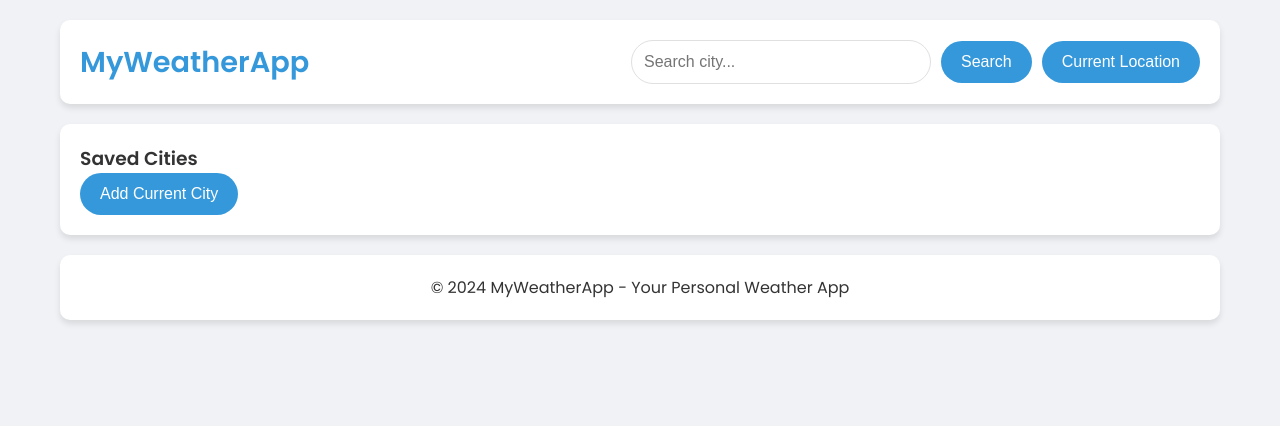
Repository: Rayyy-dev/My-weather-App
Page: /
These files come from the project's save history. The page is drawn as it stood at one moment and after the next save; the edit follows.
The browser window is 1280 px wide. The pictures show the whole page.
The page's requests for data from a server got no answer. The project was rebuilt for these pictures with package versions that can differ from the ones it lists, and the page was loaded fresh each time. No one was signed in, and anything a server would have sent is missing.

Above is the page before, as saved 2024-10-16 02:55:01.

### public/index.html
<!DOCTYPE html>
<html lang="en">
  <head>
    <meta charset="utf-8" />
    <link rel="icon" href="%PUBLIC_URL%/favicon.ico" />
    <meta name="viewport" content="width=device-width, initial-scale=1" />
    <meta name="theme-color" content="#000000" />
    <meta
      name="description"
      content="Web site created using create-react-app"
    />
    <link href="https://fonts.googleapis.com/css2?family=Poppins:wght@300;400;500;600&display=swap" rel="stylesheet">

    <link rel="apple-touch-icon" href="%PUBLIC_URL%/logo192.png" />
    <!--
      manifest.json provides metadata used when your web app is installed on a
      user's mobile device or desktop. See https://developers.google.com/web/fundamentals/web-app-manifest/
    -->
    <link rel="manifest" href="%PUBLIC_URL%/manifest.json" />
    <!--
      Notice the use of %PUBLIC_URL% in the tags above.
      It will be replaced with the URL of the `public` folder during the build.
      Only files inside the `public` folder can be referenced from the HTML.

      Unlike "/favicon.ico" or "favicon.ico", "%PUBLIC_URL%/favicon.ico" will
      work correctly both with client-side routing and a non-root public URL.
      Learn how to configure a non-root public URL by running `npm run build`.
    -->
    <title>React App</title>
  </head>
  <body>
    <noscript>You need to enable JavaScript to run this app.</noscript>
    <div id="root"></div>
    <!--
      This HTML file is a template.
      If you open it directly in the browser, you will see an empty page.

      You can add webfonts, meta tags, or analytics to this file.
      The build step will place the bundled scripts into the <body> tag.

      To begin the development, run `npm start` or `yarn start`.
      To create a production bundle, use `npm run build` or `yarn build`.
    -->
  </body>
</html>

### src/App.js
import React, { useState, useEffect } from 'react';
import './App.css';

function App() {
  const [city, setCity] = useState(''); // City input from user
  const [suggestions, setSuggestions] = useState([]); // Store city suggestions
  const [weather, setWeather] = useState(null); // Current weather data
  const [forecast, setForecast] = useState([]); // 10-day forecast
  const [hourlyForecast, setHourlyForecast] = useState([]); // Hourly forecast
  const [loading, setLoading] = useState(false); // Loading state
  const [error, setError] = useState(''); // Error handling
  const [cities, setCities] = useState([]); // User-added cities

  const apiKey = "74072ad194774534b56234435241510"; // WeatherAPI key
  const defaultCity = 'New York'; // Default city if no geolocation

  useEffect(() => {
    const savedCities = JSON.parse(localStorage.getItem('savedCities')) || [];
    setCities(savedCities);

    const lastViewedCity = localStorage.getItem('lastViewedCity');
    if (lastViewedCity) {
      fetchWeather(lastViewedCity); // Show weather for last viewed city
    } else if (!savedCities.length) {
      detectLocation(); // Try detecting location or show default city
    } else {
      fetchWeather(savedCities[0]); // Show weather for the first saved city
    }
  }, []);

  // Fetch weather data for city
  const fetchWeather = async (location) => {
    setLoading(true);
    try {
      const weatherResponse = await fetch(
        `https://api.weatherapi.com/v1/current.json?key=${apiKey}&q=${location}&aqi=no`
      );
      const forecastResponse = await fetch(
        `https://api.weatherapi.com/v1/forecast.json?key=${apiKey}&q=${location}&days=10&hour=24`
      );

      const weatherData = await weatherResponse.json();
      const forecastData = await forecastResponse.json();

      setWeather(weatherData);
      setForecast(forecastData.forecast.forecastday);
      setHourlyForecast(forecastData.forecast.forecastday[0].hour);
      localStorage.setItem('lastViewedCity', location); // Save the last viewed city
    } catch (err) {
      setError("Failed to fetch weather data");
    } finally {
      setLoading(false);
    }
  };

  // Fetch city suggestions
  const fetchSuggestions = async (query) => {
    if (query.length < 2) {
      setSuggestions([]);
      return;
    }
    try {
      const response = await fetch(
        `https://api.weatherapi.com/v1/search.json?key=${apiKey}&q=${query}`
      );
      const data = await response.json();
      setSuggestions(data);
    } catch (err) {
      setError('Failed to fetch city suggestions');
    }
  };

  // Handle city input change
  const handleInputChange = (e) => {
    const value = e.target.value;
    setCity(value);
    fetchSuggestions(value); // Fetch suggestions as user types
  };

  // Handle search for selected city
  const handleSearch = (selectedCity) => {
    setCity(selectedCity);
    fetchWeather(selectedCity);
    setSuggestions([]); // Clear suggestions after selection
  };

  // Add city to saved cities list
  const addCity = (cityName) => {
    if (!cities.includes(cityName)) {
      const updatedCities = [...cities, cityName];
      setCities(updatedCities);
      localStorage.setItem('savedCities', JSON.stringify(updatedCities));
      fetchWeather(cityName);
    }
  };

  // Remove city from saved cities list
  const removeCity = (cityName) => {
    const updatedCities = cities.filter((c) => c !== cityName);
    setCities(updatedCities);
    localStorage.setItem('savedCities', JSON.stringify(updatedCities));

    if (updatedCities.length > 0) {
      fetchWeather(updatedCities[0]); // Show weather for the first city in the list
    } else {
      detectLocation(); // Fallback to location if no cities are left
    }
  };

  // Switch between saved cities
  const handleCitySwitch = (cityName) => {
    fetchWeather(cityName);
  };

  // Detect user's location using Geolocation API
  const detectLocation = () => {
    if (navigator.geolocation) {
      navigator.geolocation.getCurrentPosition(
        (position) => {
          const lat = position.coords.latitude;
          const lon = position.coords.longitude;
          fetchWeather(`${lat},${lon}`);
        },
        () => {
          fetchWeather(defaultCity); // Use default city if location fails
        }
      );
    } else {
      fetchWeather(defaultCity); // Fallback to default city
    }
  };

  return (
    <div className="app-container">
      {/* Header */}
      <header className="header">
        <div className="logo">MyWeatherApp</div>
        <div className="search-location">
          <input
            type="text"
            placeholder="Search city..."
            value={city}
            onChange={handleInputChange}
            className="search-bar"
          />
          <button onClick={() => handleSearch(city)}>Search</button>
          <button onClick={detectLocation} className="current-location-btn">
            <i className="fas fa-map-marker-alt"></i> Current Location
          </button>
        </div>
        {/* City suggestions dropdown */}
        {suggestions.length > 0 && (
          <div className="suggestions">
            {suggestions.map((suggestion, index) => (
              <div
                key={index}
                className="suggestion-item"
                onClick={() => handleSearch(suggestion.name)}
              >
                {suggestion.name}, {suggestion.country}
              </div>
            ))}
          </div>
        )}
      </header>

      {/* Main Content */}
      <main>
        {/* Display Error or Loading */}
        {loading && <p className="loading">Loading...</p>}
        {error && <p className="error">{error}</p>}

        {/* Current Weather Section */}
        {weather && (
          <section id="current" className="current-weather">
            <h2>Current Weather in {weather.location.name}, {weather.location.country}</h2>
            <div className="weather-details">
              <div className="weather-main">
                <img src={weather.current.condition.icon} alt="Weather icon" />
                <p className="temperature">{weather.current.temp_c}°C</p>
                <p className="condition">{weather.current.condition.text}</p>
              </div>
              <div className="weather-info">
                <p><i className="fas fa-wind"></i> Wind: {weather.current.wind_kph} km/h</p>
                <p><i className="fas fa-tint"></i> Humidity: {weather.current.humidity}%</p>
                <p><i className="fas fa-thermometer-half"></i> Feels Like: {weather.current.feelslike_c}°C</p>
              </div>
            </div>
          </section>
        )}

        {/* Hourly Weather Section */}
        {hourlyForecast.length > 0 && (
          <section id="hourly" className="hourly-weather">
            <h2>Hourly Forecast</h2>
            <div className="hourly-scroll">
              {hourlyForecast.map((hour, index) => (
                <div key={index} className="hour-item">
                  <p>{new Date(hour.time).getHours()}:00</p>
                  <img src={hour.condition.icon} alt="Weather icon" />
                  <p className="temperature">{hour.temp_c}°C</p>
                </div>
              ))}
            </div>
          </section>
        )}

        {/* 10-Day Forecast Section */}
        {forecast.length > 0 && (
          <section id="forecast" className="daily-forecast">
            <h2>10-Day Forecast</h2>
            <div className="forecast-list">
              {forecast.map((day, index) => (
                <div key={index} className="forecast-item">
                  <div className="forecast-date">{day.date}</div>
                  <img src={day.day.condition.icon} alt="Weather icon" />
                  <div className="forecast-temps">
                    <p>Max: {day.day.maxtemp_c}°C</p>
                    <p>Min: {day.day.mintemp_c}°C</p>
                  </div>
                  <p className="forecast-condition">{day.day.condition.text}</p>
                </div>
              ))}
            </div>
          </section>
        )}
      </main>

      {/* Saved Cities */}
      <div className="saved-cities">
        <h3>Saved Cities</h3>
        <div className="saved-cities-list">
          {cities.map((cityName, index) => (
            <div key={index} className="saved-city-item">
              <button onClick={() => handleCitySwitch(cityName)}>
                {cityName}
              </button>
              <button onClick={() => removeCity(cityName)} className="remove-city-btn">
                <i className="fas fa-times"></i>
              </button>
            </div>
          ))}
        </div>
        <button onClick={() => addCity(city)} className="add-city-btn">
          <i className="fas fa-plus"></i> Add Current City
        </button>
      </div>

      {/* Footer */}
      <footer className="footer">
        <p>© 2024 MyWeatherApp - Your Personal Weather App</p>
      </footer>
    </div>
  );
}

export default App;

### src/App.css
/* General Reset */
* {
  margin: 0;
  padding: 0;
  box-sizing: border-box;
}

body {
  font-family: 'Poppins', sans-serif;
  background-color: #f0f2f5;
  color: #333;
}

.app-container {
  width: 100%;
  max-width: 1200px;
  margin: 0 auto;
  padding: 20px;
}

/* Header */
.header {
  display: flex;
  justify-content: space-between;
  align-items: center;
  background-color: #ffffff;
  color: #333;
  padding: 20px;
  border-radius: 10px;
  box-shadow: 0 4px 6px rgba(0, 0, 0, 0.1);
  margin-bottom: 20px;
}

.logo {
  font-size: 1.8rem;
  font-weight: 600;
  color: #3498db;
}

.search-location {
  display: flex;
  align-items: center;
  gap: 10px;
}

.search-bar {
  padding: 12px;
  border-radius: 25px;
  border: 1px solid #e0e0e0;
  width: 300px;
  font-size: 1rem;
  transition: all 0.3s ease;
}

.search-bar:focus {
  outline: none;
  border-color: #3498db;
  box-shadow: 0 0 0 2px rgba(52, 152, 219, 0.2);
}

button {
  background-color: #3498db;
  color: white;
  border: none;
  padding: 12px 20px;
  border-radius: 25px;
  cursor: pointer;
  font-size: 1rem;
  transition: all 0.3s ease;
}

button:hover {
  background-color: #2980b9;
}

/* Suggestions dropdown */
.suggestions {
  position: absolute;
  background-color: white;
  border: 1px solid #e0e0e0;
  border-radius: 5px;
  width: 300px;
  z-index: 1000;
  top: 60px;
  left: 20%;
  box-shadow: 0 4px 6px rgba(0, 0, 0, 0.1);
}

.suggestion-item {
  padding: 12px;
  cursor: pointer;
  transition: background-color 0.3s ease;
}

.suggestion-item:hover {
  background-color: #f0f2f5;
}

/* Saved Cities */
.saved-cities {
  margin: 20px 0;
  background-color: #ffffff;
  padding: 20px;
  border-radius: 10px;
  box-shadow: 0 4px 6px rgba(0, 0, 0, 0.1);
}

.saved-city-item {
  display: flex;
  align-items: center;
  gap: 10px;
  margin-bottom: 10px;
}

.remove-city-btn {
  background-color: #e74c3c;
  color: white;
  border: none;
  padding: 8px 12px;
  border-radius: 20px;
  cursor: pointer;
  font-size: 0.9rem;
}

.remove-city-btn:hover {
  background-color: #c0392b;
}

/* Main Sections */
main {
  margin-top: 20px;
}

.current-weather,
.hourly-weather,
.daily-forecast {
  background-color: #ffffff;
  padding: 30px;
  border-radius: 10px;
  margin-bottom: 20px;
  box-shadow: 0 4px 6px rgba(0, 0, 0, 0.1);
}

.weather-details {
  display: flex;
  justify-content: space-between;
  align-items: center;
}

.hourly-scroll {
  display: flex;
  overflow-x: auto;
  gap: 20px;
  padding: 10px 0;
}

.hour-item {
  padding: 15px;
  background-color: #f0f2f5;
  border-radius: 10px;
  text-align: center;
  min-width: 100px;
}

.forecast-list {
  display: flex;
  flex-direction: column;
  gap: 15px;
}

.forecast-item {
  display: flex;
  justify-content: space-between;
  align-items: center;
  background-color: #f0f2f5;
  padding: 15px;
  border-radius: 10px;
}

.error {
  color: #e74c3c;
  font-weight: 500;
}

/* Footer */
.footer {
  text-align: center;
  margin-top: 20px;
  padding: 20px;
  background-color: #ffffff;
  color: #333;
  border-radius: 10px;
  box-shadow: 0 4px 6px rgba(0, 0, 0, 0.1);
}

Loaded but not shown: src/index.js (common file); src/index.css (common file); src/reportWebVitals.js (common file)

After the next save:
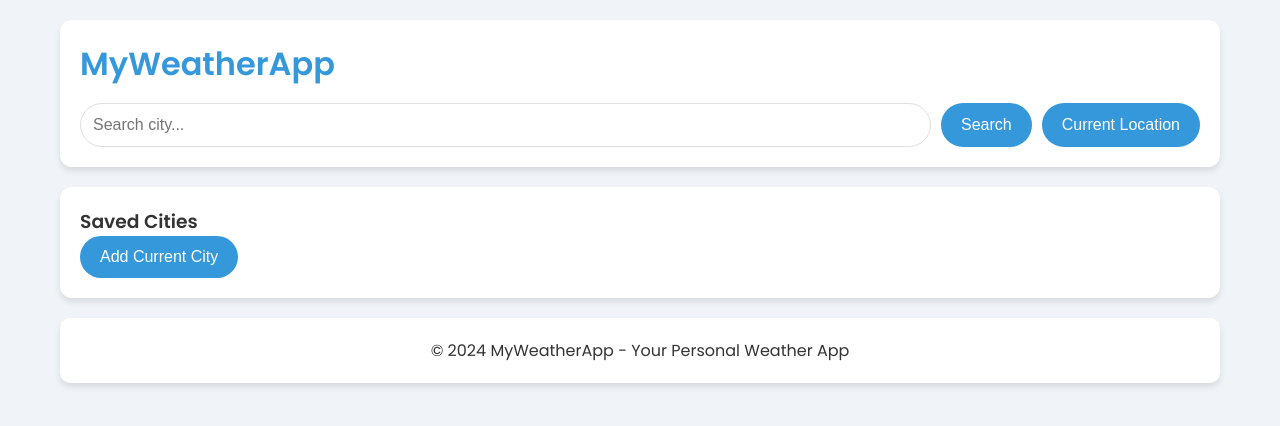
Saved 2 min 16 s later.
--- a/src/App.css
+++ b/src/App.css
@@ -7,12 +7,11 @@
 
 body {
   font-family: 'Poppins', sans-serif;
-  background-color: #f0f2f5;
+  background-color: #f0f4f8;
   color: #333;
 }
 
 .app-container {
-  width: 100%;
   max-width: 1200px;
   margin: 0 auto;
   padding: 20px;
@@ -20,34 +19,31 @@ body {
 
 /* Header */
 .header {
-  display: flex;
-  justify-content: space-between;
-  align-items: center;
   background-color: #ffffff;
-  color: #333;
   padding: 20px;
-  border-radius: 10px;
+  border-radius: 12px;
   box-shadow: 0 4px 6px rgba(0, 0, 0, 0.1);
   margin-bottom: 20px;
 }
 
 .logo {
-  font-size: 1.8rem;
-  font-weight: 600;
+  font-size: 2rem;
+  font-weight: 700;
   color: #3498db;
+  margin-bottom: 15px;
 }
 
 .search-location {
   display: flex;
-  align-items: center;
   gap: 10px;
+  flex-wrap: wrap;
 }
 
 .search-bar {
+  flex-grow: 1;
   padding: 12px;
   border-radius: 25px;
   border: 1px solid #e0e0e0;
-  width: 300px;
   font-size: 1rem;
   transition: all 0.3s ease;
 }
@@ -73,70 +69,13 @@ button:hover {
   background-color: #2980b9;
 }
 
-/* Suggestions dropdown */
-.suggestions {
-  position: absolute;
-  background-color: white;
-  border: 1px solid #e0e0e0;
-  border-radius: 5px;
-  width: 300px;
-  z-index: 1000;
-  top: 60px;
-  left: 20%;
-  box-shadow: 0 4px 6px rgba(0, 0, 0, 0.1);
-}
-
-.suggestion-item {
-  padding: 12px;
-  cursor: pointer;
-  transition: background-color 0.3s ease;
-}
-
-.suggestion-item:hover {
-  background-color: #f0f2f5;
-}
-
-/* Saved Cities */
-.saved-cities {
-  margin: 20px 0;
-  background-color: #ffffff;
-  padding: 20px;
-  border-radius: 10px;
-  box-shadow: 0 4px 6px rgba(0, 0, 0, 0.1);
-}
-
-.saved-city-item {
-  display: flex;
-  align-items: center;
-  gap: 10px;
-  margin-bottom: 10px;
-}
-
-.remove-city-btn {
-  background-color: #e74c3c;
-  color: white;
-  border: none;
-  padding: 8px 12px;
-  border-radius: 20px;
-  cursor: pointer;
-  font-size: 0.9rem;
-}
-
-.remove-city-btn:hover {
-  background-color: #c0392b;
-}
-
-/* Main Sections */
-main {
-  margin-top: 20px;
-}
-
+/* Weather Sections */
 .current-weather,
 .hourly-weather,
 .daily-forecast {
   background-color: #ffffff;
   padding: 30px;
-  border-radius: 10px;
+  border-radius: 12px;
   margin-bottom: 20px;
   box-shadow: 0 4px 6px rgba(0, 0, 0, 0.1);
 }
@@ -145,6 +84,27 @@ main {
   display: flex;
   justify-content: space-between;
   align-items: center;
+  flex-wrap: wrap;
+}
+
+.weather-main {
+  text-align: center;
+}
+
+.temperature {
+  font-size: 3rem;
+  font-weight: 700;
+}
+
+.condition {
+  font-size: 1.2rem;
+  color: #7f8c8d;
+}
+
+.weather-info {
+  display: flex;
+  flex-direction: column;
+  gap: 10px;
 }
 
 .hourly-scroll {
@@ -155,31 +115,32 @@ main {
 }
 
 .hour-item {
+  flex: 0 0 auto;
   padding: 15px;
-  background-color: #f0f2f5;
+  background-color: #f0f4f8;
   border-radius: 10px;
   text-align: center;
   min-width: 100px;
 }
 
 .forecast-list {
-  display: flex;
-  flex-direction: column;
+  display: grid;
+  grid-template-columns: repeat(auto-fit, minmax(200px, 1fr));
   gap: 15px;
 }
 
 .forecast-item {
-  display: flex;
-  justify-content: space-between;
-  align-items: center;
-  background-color: #f0f2f5;
+  background-color: #f0f4f8;
   padding: 15px;
   border-radius: 10px;
+  text-align: center;
 }
 
-.error {
-  color: #e74c3c;
-  font-weight: 500;
+.saved-cities {
+  background-color: #ffffff;
+  padding: 20px;
+  border-radius: 12px;
+  box-shadow: 0 4px 6px rgba(0, 0, 0, 0.1);
 }
 
 /* Footer */
